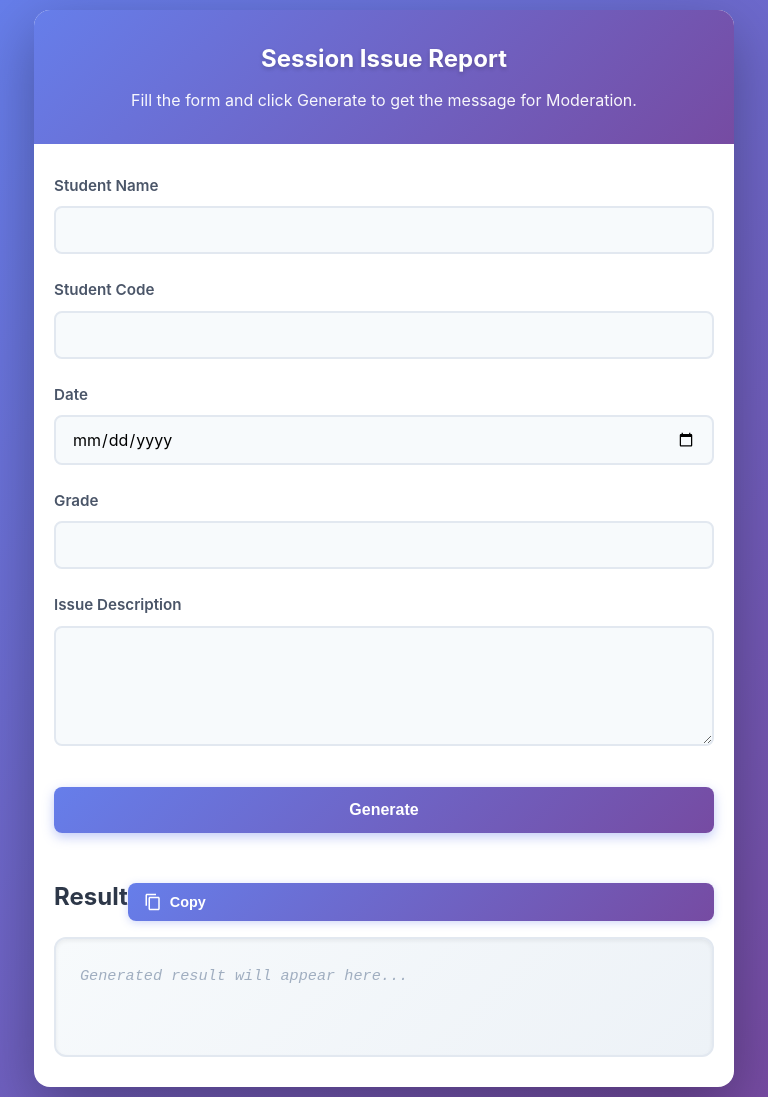
Repository: shklala/feedback-creator
Page: index.html
An editor plug-in stored every save of this project. The page is shown before and after the next save, followed by the edit.
The browser window is 768 px wide. The pictures show the whole page.

Above is the page before, as saved 2025-11-15 18:51:24.

After the next save:
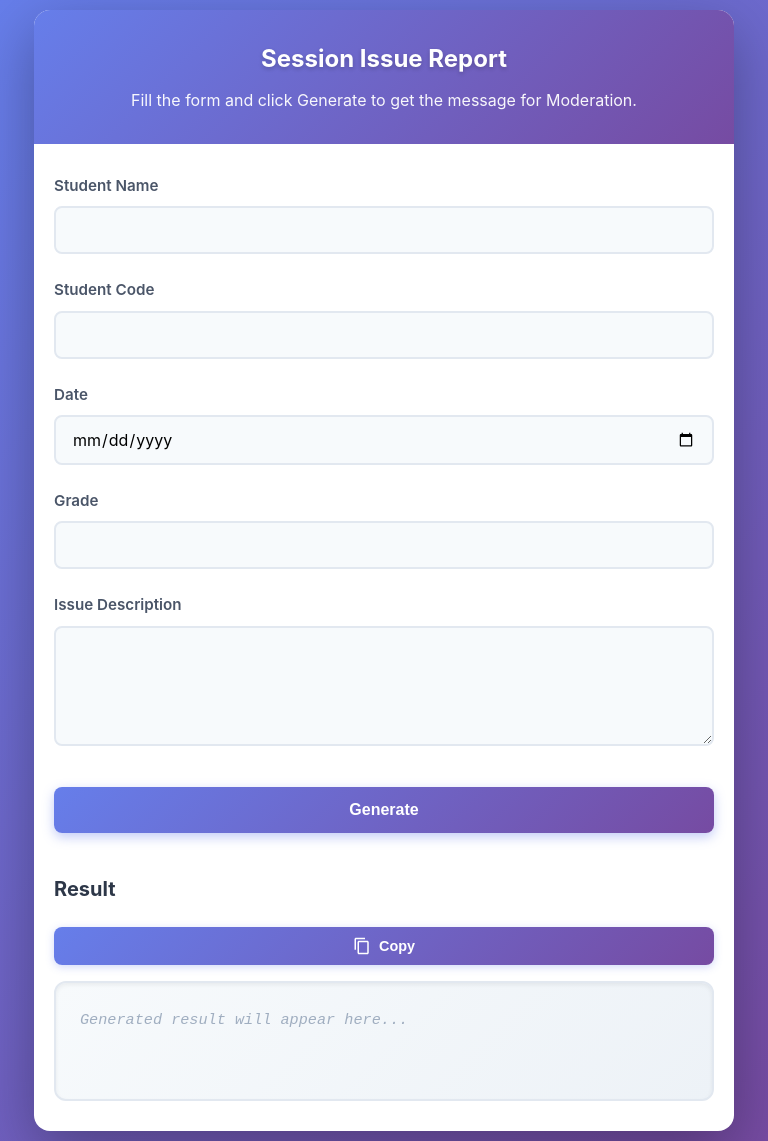
Saved 6 s later.
--- a/index.html
+++ b/index.html
@@ -243,6 +243,27 @@
 
             .content {
                 padding: 30px 20px;
+            }
+
+            .result-header {
+                flex-direction: column;
+                align-items: flex-start;
+                gap: 12px;
+            }
+
+            .copy-button {
+                width: 100%;
+                justify-content: center;
+            }
+
+            .copy-feedback {
+                top: -35px;
+                right: auto;
+                left: 0;
+            }
+
+            h2 {
+                font-size: 1.25rem;
             }
         }
     </style>
